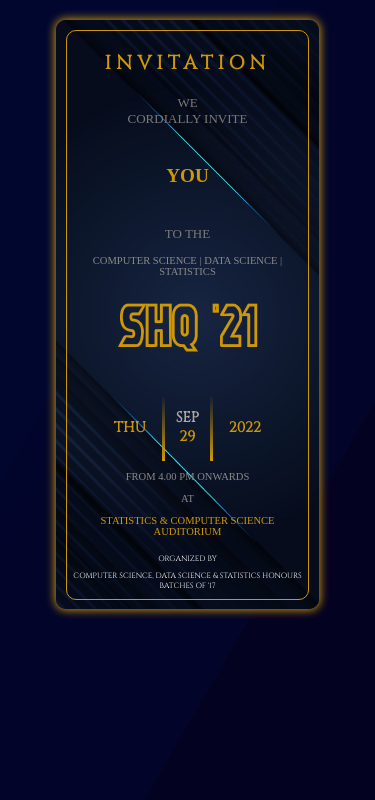
Repository: prabuddhika96/SHQ_Invitation
Page: index.html
The author's editor kept a copy of each file at every save. The page is drawn from the files as they stood at one save, then again after the next save.
The browser window is 375 px wide. The pictures show the whole page.
Some web fonts or font styles are not loaded; a fallback is used.

Above is the page before, as saved 2022-09-26 12:21:13.
Console error: ReferenceError: bodymovin is not defined

After the next save:
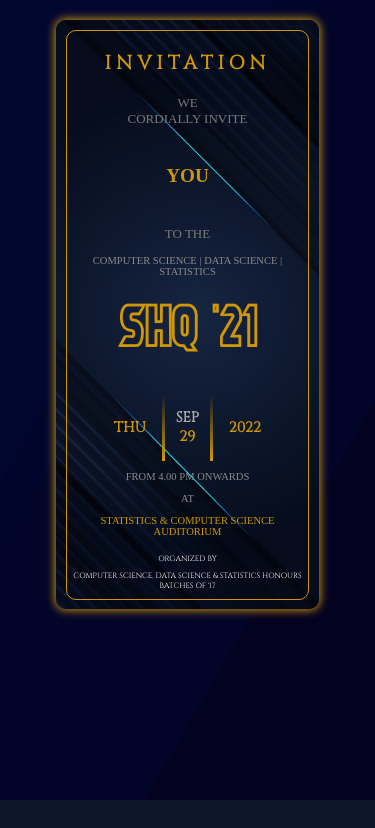
Saved 18 s later.
--- a/animation.css
+++ b/animation.css
@@ -41,6 +41,11 @@
 
 
 @media screen and (max-width: 500px) {
+
+  body {
+    height: 100vh;
+  }
+
   .bg, .bg2, .bg3 {
     /* display: none; */
     height: 100%;

After the save that followed:
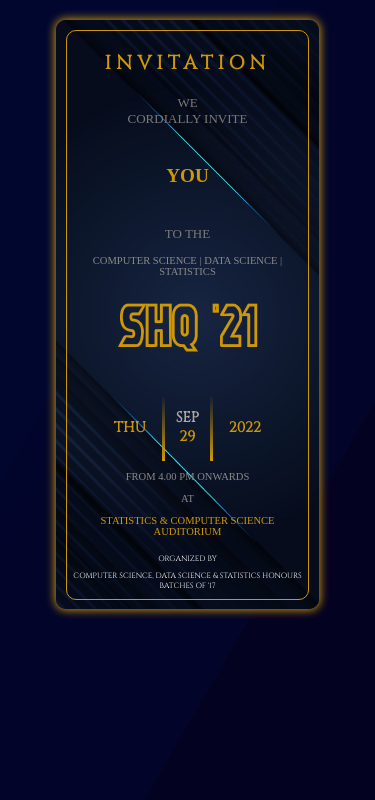
Saved 7 s later.
--- a/animation.css
+++ b/animation.css
@@ -43,7 +43,7 @@
 @media screen and (max-width: 500px) {
 
   body {
-    height: 100vh;
+    height: 60vh;
   }
 
   .bg, .bg2, .bg3 {
